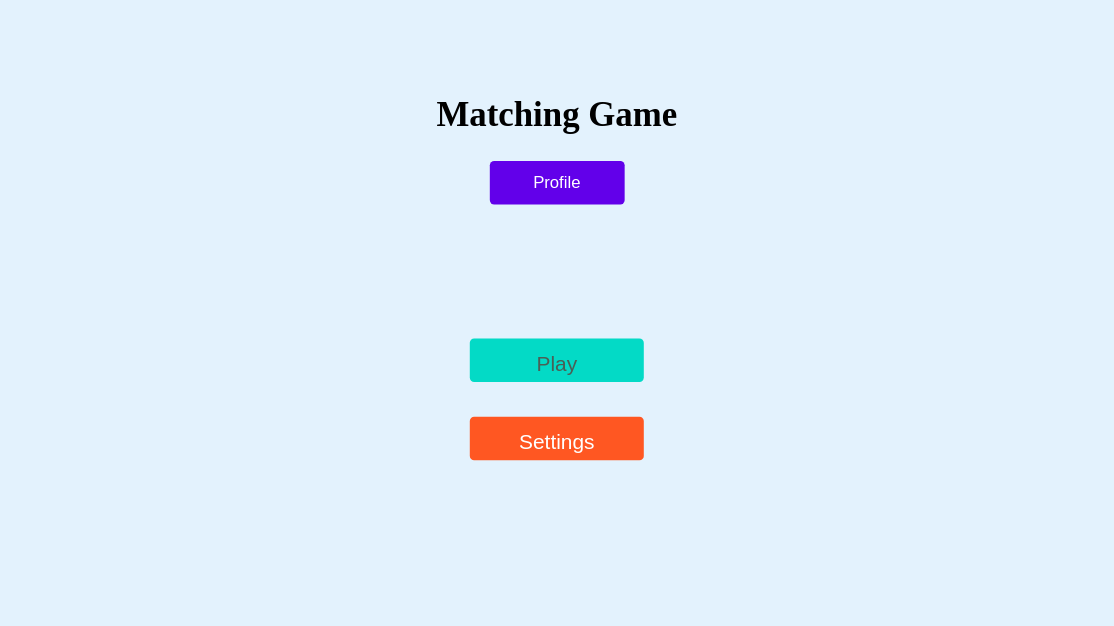
Repository: parnelltse/frontend2-courseproject
Page: /home
The author's editor kept a copy of each file at every save. The page is drawn from the files as they stood at one save, then again after the next save.
The browser window is 1280 px wide. The pictures show the whole page, at 87% of full size.
The project was rebuilt for these pictures with package versions that can differ from the ones it lists, and the page was loaded fresh each time. Also part of the build but not shown: vite.config.js, src/pages/landing.jsx, src/components/AccountForm.jsx, src/components/BackButton.jsx, src/pages/create.jsx, src/pages/login.jsx, src/pages/gameoptions.jsx, src/pages/appsettings.jsx and 8 more.

Above is the page before, as saved 2024-11-02 22:35:29.

### src/App.jsx
import './App.css';
import { BrowserRouter as Router, Routes, Route } from 'react-router-dom';
import { Landing } from './pages/landing';
import Create from './pages/create';
import Login from './pages/login'
import Home from './pages/home';
import Gameoptions from './pages/gameoptions';
import AppSettings from './pages/appsettings';
import ProfileSettings from './pages/profilesettings';
import GameHistory from './pages/gamehistory';
import SinglePlayer from './pages/singleplayer';
import MultiPlayer from './pages/multiplayer';
import ResumeGame from './pages/resumegame';
import SingleGame from './pages/singlegame';
import MultiGame from './pages/multigame';

function App() {
  return (
    <Router>
      <Routes>
        <Route path="/" element={<Landing />} />
        <Route path="/create" element={<Create />} />
        <Route path="/login" element={<Login />} />
        <Route path="/home" element={<Home />} />
        <Route path="/gameoptions" element={<Gameoptions />} />
        <Route path='/appsettings' element={<AppSettings/>} />
        <Route path='/profilesettings' element={<ProfileSettings/>} />
        <Route path='/gamehistory' element={<GameHistory/>} />
        <Route path='/singleplayer' element={<SinglePlayer/>} />
        <Route path='/multiplayer' element={<MultiPlayer/>} />
        <Route path='/resumegame' element={<ResumeGame/>} />
        <Route path="/singlegame" element={<SingleGame />} />
        <Route path="/multigame" element={<MultiGame />} />
      </Routes>
    </Router>
  );
}

export default App;

### src/App.css
/* General Reset */
* {
	margin: 0;
	padding: 0;
	box-sizing: border-box;
}

/* Home page */
.container {
	align-items: center; /* Center the items horizontally */
	justify-content: center; /* Center the items vertically */
	min-height: 100vh; /* Full viewport height */
	background-color: #e3f2fd; /* Light blue background color */
	padding: 20px; /* Padding around content */
	padding-top: 15vh;
}

header {
	text-align: center;
	margin-bottom: 40px; /* Space below header */
	margin: auto;
}

button {
	background-color: #1e88e5; /* Button background color */
	color: white; /* White text color */
	border: none; /* Remove border */
	border-radius: 5px; /* Rounded corners */
	padding: 10px; /* Padding for buttons */
	cursor: pointer; /* Pointer cursor */
	transition: background-color 0.3s; /* Smooth background transition */
	width: 200px; /* Fixed width for all buttons */
	height: 50px; /* Fixed height for all buttons */
	font-size: 1rem; /* Font size for button text */
	margin: 10px; /* Space between buttons */
}

button:hover {
	background-color: #1565c0; /* Darker button color on hover */
}

.button-container {
	display: flex; /* Use flexbox for button alignment */
	flex-direction: column; /* Stack buttons vertically */
	align-items: center; /* Center buttons horizontally */
}

.title {
	font-size: 2.5rem; /* Title font size */
	text-align: center; /* Center the title text */
	margin-bottom: 20px; /* Space below title */
}

.profile-button {
	background-color: #6200ea; /* Primary color */
	color: white; /* White text */
	border: none; /* Remove border */
	border-radius: 5px; /* Rounded corners */
	padding: 10px 20px; /* Button padding */
	font-size: 1.2rem; /* Font size */
	cursor: pointer; /* Pointer cursor on hover */
	transition: background-color 0.3s; /* Smooth background transition */
	width: 155px; /* Ensure the width matches other buttons */
	height: 50px; /* Ensure the height matches other buttons */
	margin-bottom: 20vh;
}

.profile-button:hover {
	background-color: #3700b3; /* Darker shade on hover */
}

.button-container {
	display: flex;
	gap: 20px; /* Space between buttons */
}

.play-button,
.settings-button {
	background-color: #03dac6; /* Secondary color */
	border: none;
	border-radius: 5px;
	padding: 15px 25px; /* Button padding */
	font-size: 1.5rem; /* Font size */
	cursor: pointer; /* Pointer cursor on hover */
	transition: background-color 0.3s; /* Smooth background transition */
	align-items: center;
	text-align: center;
}

.play-button {
	color: rgb(74, 96, 86); /* darker text */
}

.settings-button {
	color: white; /* white text */
}

.play-button:hover {
	background-color: #018786; /* Darker shade on hover */
	color: white; /* white text */

}

.settings-button {
	background-color: #ff5722; /* Different color for settings */
}

.settings-button:hover {
	background-color: #c41c00; /* Darker shade on hover */
}

/* Typography */
h1 {
	font-size: 2.5rem;
	text-align: center;
	margin-bottom: 20px;
}

h2 {
	font-size: 1.75rem;
	text-align: center;
	margin-bottom: 15px;
}

/* Button Styles */
button {
	background-color: #6200ea;
	color: white;
	padding: 10px 20px;
	border: none;
	border-radius: 5px;
	cursor: pointer;
	margin: 10px;
	transition: background-color 0.3s ease;
}

button:hover {
	background-color: #3700b3;
}

/* Form Input Styles */
input[type="text"],
input[type="password"],
input[type="number"] {
	width: 100%;
	padding: 10px;
	margin: 10px 0;
	box-sizing: border-box;
	border: 2px solid #ccc;
	border-radius: 4px;
}

form {
	max-width: 400px;
	margin: 20px auto;
	display: flex;
	flex-direction: column;
}

/* Back Button */
button.back-btn {
	background-color: #f44336;
	color: white;
	border-radius: 50%;
	width: 50px;
	height: 50px;
	display: flex;
	justify-content: center;
	align-items: center;
	font-size: 1.2rem;
}

button.back-btn:hover {
	background-color: #e53935;
}

/* App Settings */
.app-settings {
	display: flex;
	flex-direction: column;
	justify-content: center;
	align-items: center;
	padding: 20px;
	text-align: center;
	min-height: 100vh;
	padding-top: 20vh;
}

.setting-bottons {
	display: flex;
	justify-content: center;
	flex-direction: column;
	margin: auto;
	align-items: center;
}

.theme-toggle {
	background-color: #333;
	color: white;
	padding: 10px;
	border-radius: 5px;
	cursor: pointer;
}

.theme-toggle:hover {
	background-color: #555;
}

/* Game Options */
.game-options {
	display: flex;
	flex-direction: column;
	align-items: center;
	margin: 20px;
}

button.grid-size {
	background-color: #2196f3;
	margin: 5px;
}

button.grid-size:hover {
	background-color: #1976d2;
}

/* single and multiplayer pages */
img {
	max-width: 100%;
	height: auto;
	display: block;
	margin: 0 auto;
}

.game-grid {
	display: grid;
	grid-template-columns: repeat(5, 1fr); /* 5 columns for a 5x5 grid */
	gap: 10px; /* Space between grid items */
	padding: 20px; /* Optional padding around the grid */
}

.game-item {
	background-color: #c5d9e8; /* Background color for game items */
	border: 1px solid #100f0f; /* Border for each game item */
	border-radius: 5px; /* Rounded corners */
	display: flex; /* Center content */
	align-items: center; /* Center content vertically */
	justify-content: center; /* Center content horizontally */
	height: 100px; /* Fixed height for game items */
	font-size: 1.2em; /* Font size for game item text */
}

/* history page */

.history-container {
	display: flex;
	flex-direction: column;
	align-items: center;
	justify-content: center;
	min-height: 100vh; /* Full viewport height */
	background-color: #f9f9f9; /* Light background color */
	padding: 20px; /* Padding around content */
}

.history-title {
	font-size: 2.5rem; /* Title font size */
	color: #333; /* Darker text color */
	margin-bottom: 10px; /* Space below title */
}

.history-description {
	font-size: 1.2rem; /* Description font size */
	color: #666; /* Slightly lighter text color */
	text-align: center; /* Center-align description */
	margin-bottom: 30px; /* Space below description */
}

.score-table {
	width: 100%;
	max-width: 600px; /* Max width for the table */
	margin: 0 auto; /* Center the table */
	background-color: white; /* White background for the table */
	border-radius: 8px; /* Rounded corners */
	box-shadow: 0 4px 8px rgba(0, 0, 0, 0.1); /* Subtle shadow */
	overflow: hidden; /* Ensure rounded corners apply */
}

table {
	width: 100%; /* Full width of the table */
	border-collapse: collapse; /* Remove space between table cells */
}

th,
td {
	padding: 15px; /* Cell padding */
	text-align: left; /* Align text to the left */
	border-bottom: 1px solid #e0e0e0; /* Bottom border for rows */
}

th {
	background-color: #6200ea; /* Header background color */
	color: white; /* White text for header */
}

tr:hover {
	background-color: #f1f1f1; /* Highlight row on hover */
}

.back-button {
	margin-top: 20px; /* Space above the back button */
}

/* profile settings page*/

.profile-settings-container {
	display: flex;
	flex-direction: column;
	align-items: center;
	justify-content: center;
	min-height: 100vh; /* Full viewport height */
	background-color: #f9f9f9; /* Light background color */
	padding: 20px; /* Padding around content */
}

.profile-settings-title {
	font-size: 2.5rem; /* Title font size */
	color: #333; /* Darker text color */
	margin-bottom: 20px; /* Space below title */
}

.submitted-username {
	font-size: 1.5rem; /* Font size for submitted username */
	color: #6200ea; /* Color for submitted username */
	margin-bottom: 20px; /* Space below username display */
}

.profile-settings-form {
	display: flex;
	flex-direction: column;
	align-items: center; /* Center align the form elements */
	margin-bottom: 20px; /* Space below the form */
}

.username-input {
	padding: 10px; /* Padding for input */
	font-size: 1rem; /* Font size for input */
	border: 1px solid #ccc; /* Border for input */
	border-radius: 4px; /* Rounded corners */
	margin-bottom: 10px; /* Space below input */
	width: 100%; /* Full width */
	max-width: 300px; /* Max width for input */
}

.save-button {
	padding: 10px 20px; /* Padding for button */
	background-color: #6200ea; /* Button background color */
	color: white; /* Button text color */
	border: none; /* Remove border */
	border-radius: 4px; /* Rounded corners */
	cursor: pointer; /* Pointer cursor on hover */
	font-size: 1rem; /* Font size for button */
}

.save-button:hover {
	background-color: #3700b3; /* Darker button color on hover */
}

.navigation-buttons {
	display: flex;
	gap: 10px; /* Space between navigation buttons */
}

.scores-button {
	padding: 10px 20px; /* Padding for button */
	background-color: #03dac6; /* Button background color */
	color: white; /* Button text color */
	border: none; /* Remove border */
	border-radius: 4px; /* Rounded corners */
	cursor: pointer; /* Pointer cursor on hover */
	font-size: 1rem; /* Font size for button */
}

.scores-button:hover {
	background-color: #018786; /* Darker button color on hover */
}

/* game options page */

.game-options-container {
	display: flex;
	flex-direction: column;
	align-items: center;
	justify-content: center;
	min-height: 100vh; /* Full viewport height */
	background-color: #f0f4f8; /* Light background color */
	padding: 20px; /* Padding around content */
}

.game-options-title {
	font-size: 2.5rem; /* Title font size */
	color: #333; /* Darker text color */
	margin-bottom: 40px; /* Space below title */
}

.game-options-buttons {
	display: flex;
	flex-direction: column; /* Arrange buttons vertically */
	gap: 15px; /* Space between buttons */
}

.game-option-button {
	padding: 15px 30px; /* Padding for buttons */
	font-size: 1.2rem; /* Font size for buttons */
	background-color: #6200ea; /* Button background color */
	color: white; /* Button text color */
	border: none; /* Remove border */
	border-radius: 5px; /* Rounded corners */
	cursor: pointer; /* Pointer cursor on hover */
	transition: background-color 0.3s; /* Smooth background transition */
	width: 100%; /* Full width */
	max-width: 300px; /* Max width for buttons */
}

.game-option-button:hover {
	background-color: #3700b3; /* Darker button color on hover */
}

/* create account page */

.create-container {
	display: flex;
	flex-direction: column;
	align-items: center;
	justify-content: center;
	min-height: 100vh; /* Full viewport height */
	background-color: #f0f4f8; /* Light background color */
	padding: 20px; /* Padding around content */
}

.create-header {
	text-align: center; /* Center header text */
	margin-bottom: 40px; /* Space below header */
}

.create-header h1 {
	font-size: 2.5rem; /* Title font size */
	color: #000000; /* Primary color for title */
}

.create-header h2 {
	font-size: 1.5rem; /* Subtitle font size */
	color: #333; /* Darker color for subtitle */
	margin-top: 10px; /* Space above subtitle */
}

.create-container > * {
	margin: 10px 0; /* Space between elements */
}

.back-button {
	margin-top: 20px; /* Space above back button */
	background-color: #6200ea; /* Match primary color */
	color: white; /* White text color */
	border: none; /* Remove border */
	border-radius: 5px; /* Rounded corners */
	padding: 10px 20px; /* Padding for button */
	cursor: pointer; /* Pointer cursor */
	transition: background-color 0.3s; /* Smooth background transition */
}

.back-button:hover {
	background-color: #3700b3; /* Darker button color on hover */
}

/* login page */
.login-container {
	align-items: flex-start;
	justify-content: center;
	min-height: 100vh; /* Full viewport height */
	background-color: #ede3fd; /* Light blue background color */
	padding-top: 20vh;
}

.login-header {
	text-align: center; /* Center header text */
	margin-bottom: 40px; /* Space below header */
}

.login-header h1 {
	font-size: 2.5rem; /* Title font size */
	color: #3700b3; /* Primary color for title */
}

.login-header h2 {
	font-size: 1.5rem; /* Subtitle font size */
	color: #424242; /* Darker color for subtitle */
	margin-top: 10px; /* Space above subtitle */
}

.account-form {
	width: 100%; /* Full width for the form */
	max-width: 400px; /* Maximum width for the form */
	background-color: white; /* White background for form */
	border-radius: 8px; /* Rounded corners */
	box-shadow: 0 2px 10px rgba(0, 0, 0, 0.1); /* Subtle shadow */
	padding: 20px; /* Padding inside the form */
}

button {
	background-color: #6200ea; /* Match primary color */
	color: white; /* White text color */
	border: none; /* Remove border */
	border-radius: 5px; /* Rounded corners */
	padding: 10px 20px; /* Padding for button */
	cursor: pointer; /* Pointer cursor */
	transition: background-color 0.3s; /* Smooth background transition */
}

button:hover {
	background-color: #3700b3; /* Darker button color on hover */
}

.account-form input {
	margin: 10px 0; /* Space between inputs */
	padding: 10px; /* Padding for inputs */
	border: 1px solid #ccc; /* Light border for inputs */
	border-radius: 5px; /* Rounded corners for inputs */
	width: 100%; /* Full width for inputs */
}

### src/pages/home.jsx
import { useNavigate } from "react-router-dom";
import "../App.css"; // Make sure to import your CSS file

export default function Home() {
	const navigate = useNavigate();

	return (
		<div className="container">
			<header>
				<h1 className="title">Matching Game</h1>
				<button
					className="profile-button"
					onClick={() => navigate("/profilesettings")}
				>
					Profile
				</button>
			</header>
			<div className="button-container">
				<button
					className="play-button"
					onClick={() => navigate("/gameoptions")}
				>
					Play
				</button>
				<button
					className="settings-button"
					onClick={() => navigate("/appsettings")}
				>
					Settings
				</button>
			</div>
		</div>
	);
}

Loaded but not shown: index.html (common file); src/main.jsx (common file)

After the next save:
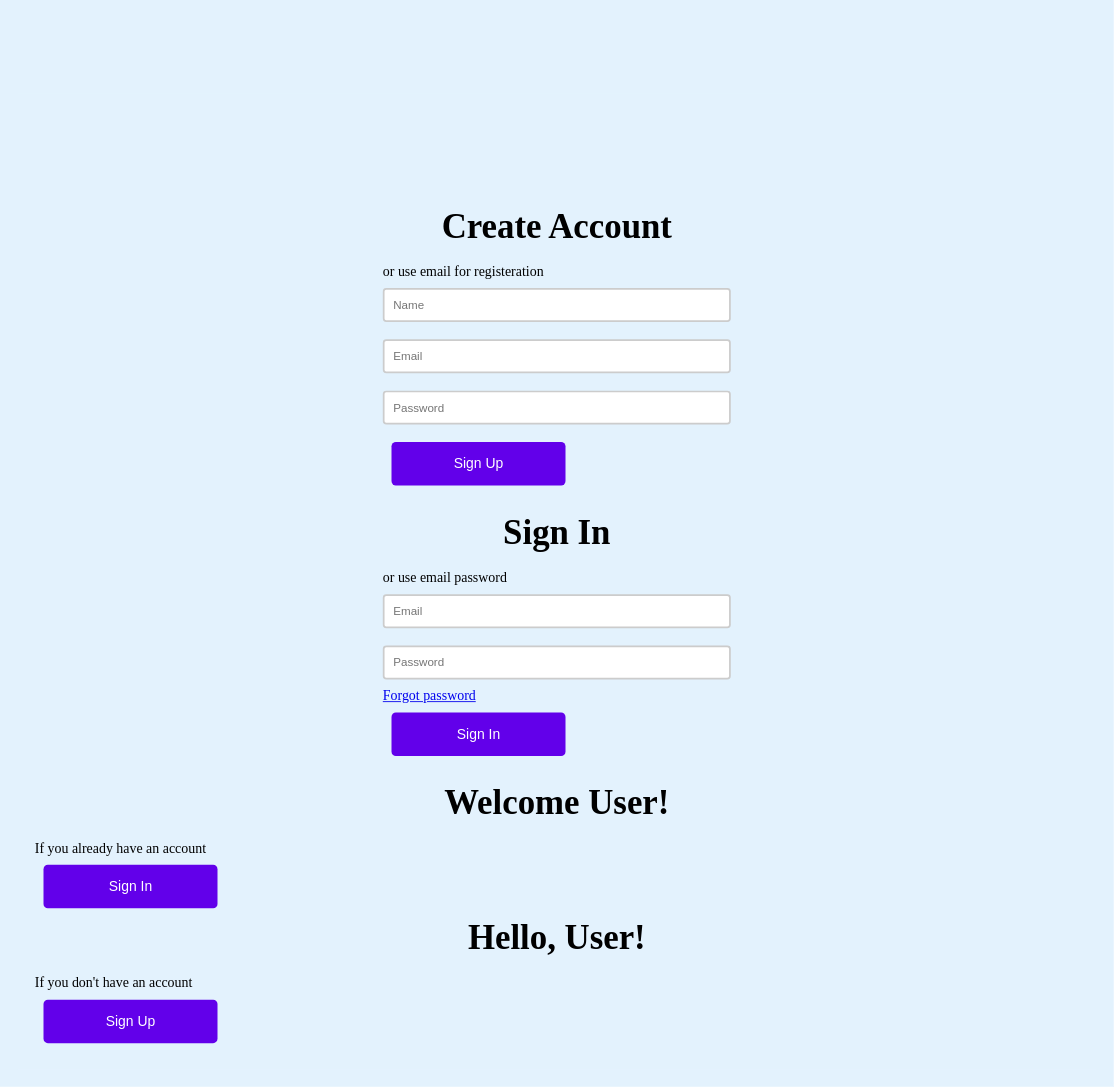
Saved 6 min 29 s later.
--- a/src/pages/home.jsx
+++ b/src/pages/home.jsx
@@ -6,28 +6,53 @@ export default function Home() {
 
 	return (
 		<div className="container">
-			<header>
-				<h1 className="title">Matching Game</h1>
-				<button
-					className="profile-button"
-					onClick={() => navigate("/profilesettings")}
-				>
-					Profile
-				</button>
-			</header>
-			<div className="button-container">
-				<button
-					className="play-button"
-					onClick={() => navigate("/gameoptions")}
-				>
-					Play
-				</button>
-				<button
-					className="settings-button"
-					onClick={() => navigate("/appsettings")}
-				>
-					Settings
-				</button>
+			<div class="container" id="container">
+				<div class="sign-up">
+					<form>
+					<h1>Create Account</h1>
+					<div class="icons">
+						<a href="#" class="icon"><i class="fa-brands fa-facebook"></i></a>
+						<a href="#" class="icon"><i class="fa-brands fa-instagram"></i></a>
+						<a href="#" class="icon"><i class="fa-brands fa-google"></i></a>
+						<a href="#" class="icon"><i class="fa-brands fa-github"></i></a>
+					</div>
+					<span>or use email for registeration</span>
+					<input type="text" placeholder="Name" />
+					<input type="text" placeholder="Email" />
+					<input type="password" placeholder="Password" />
+					<button>Sign Up</button>
+					</form>
+				</div>
+				<div class="sign-in">
+					<form>
+					<h1>Sign In</h1>
+					<div class="icons">
+						<a href="#" class="icon"><i class="fa-brands fa-facebook"></i></a>
+						<a href="#" class="icon"><i class="fa-brands fa-instagram"></i></a>
+						<a href="#" class="icon"><i class="fa-brands fa-google"></i></a>
+						<a href="#" class="icon"><i class="fa-brands fa-github"></i></a>
+					</div>
+					<span>or use email password</span>
+					<input type="text" placeholder="Email" />
+					<input type="password" placeholder="Password" />
+					<a href="#">Forgot password</a>
+					<button>Sign In</button>
+					</form>
+				</div>
+				<div class="toogle-container">
+					<div class="toogle">
+					<div class="toogle-panel toogle-left">
+						<h1>Welcome User!</h1>
+						<p>If you already have an account</p>
+						<button class="hidden" id="login">Sign In</button>
+					</div>
+					<div class="toogle-panel toogle-right">
+						<h1>Hello, User!</h1>
+						<p>If you don't have an account</p>
+						<button class="hidden" id="register">Sign Up</button>
+					</div>
+					</div>
+				</div>
 			</div>
 		</div>
 	);
